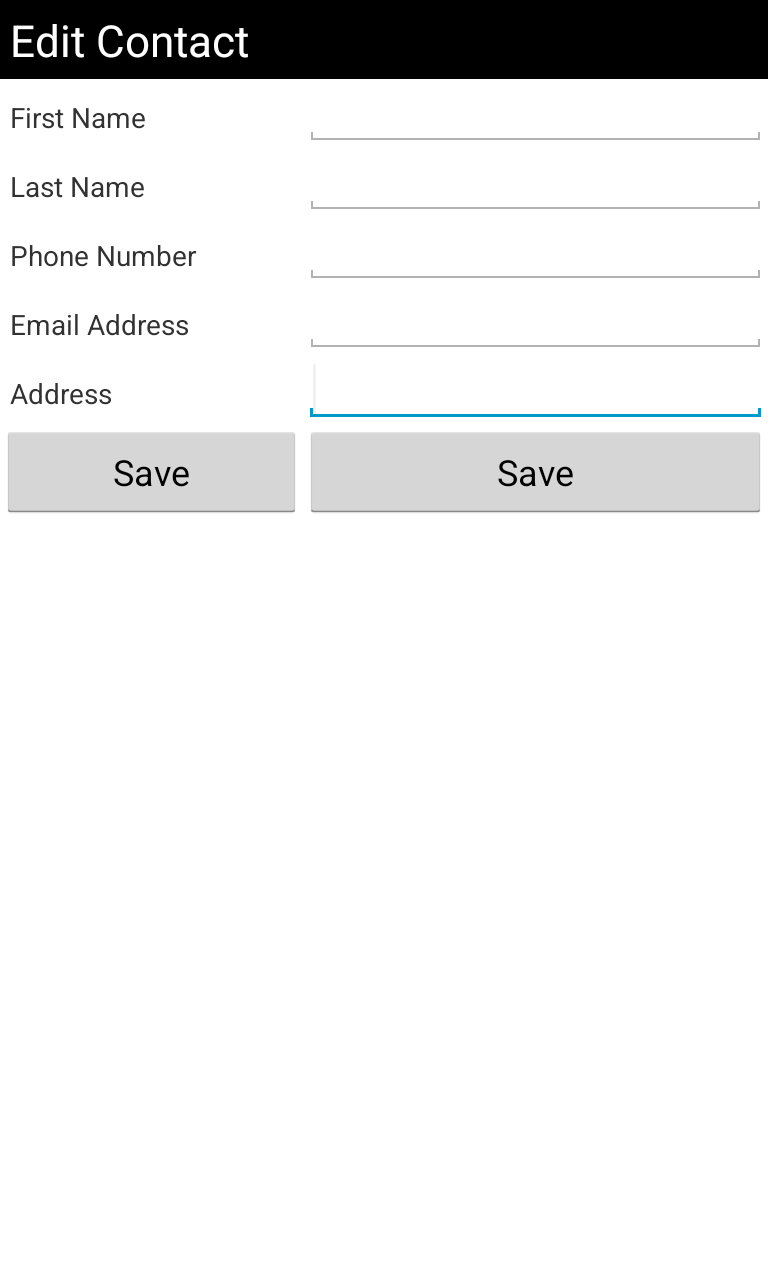
Repository: oscarhe/android-practices
Layout: AddressBookApp/res/layout/edit_contact.xml
The author's editor kept a copy of each file at every save. The layout is drawn from the files as they stood at one save, then again after the next save.
It is drawn on a 768 x 1280 px phone screen (xhdpi) without system bars, with theme AppTheme; the app's code is not run.

Above is the layout before, as saved 2013-07-01 20:51:35.

### AddressBookApp/res/layout/edit_contact.xml
<?xml version="1.0" encoding="utf-8"?>
<TableLayout xmlns:android="http://schemas.android.com/apk/res/android"
    android:layout_width="match_parent"
    android:layout_height="match_parent" >

    <TableRow
        android:id="@+id/tableRow1"
        android:layout_width="match_parent"
        android:layout_height="wrap_content"
        android:background="#000" >

        <TextView
            android:id="@+id/editContactTextView"
            android:layout_width="match_parent"
            android:layout_height="wrap_content"
            android:padding="@dimen/padding_5dp"
            android:text="@string/edit_contact_title"
            android:textAppearance="?android:attr/textAppearanceLarge"
            android:textColor="#FFF" />

    </TableRow>

    <TableRow
        android:id="@+id/tableRow2"
        android:layout_width="match_parent"
        android:layout_height="wrap_content" >

        <TextView
            android:id="@+id/firstNameTextView"
            android:layout_width="wrap_content"
            android:layout_height="wrap_content"
            android:layout_weight="1"
            android:padding="@dimen/padding_5dp"
            android:text="@string/first_name" />

        <EditText
            android:id="@+id/firstNameEditText"
            android:layout_width="wrap_content"
            android:layout_height="wrap_content"
            android:layout_weight="1"
            android:ems="10"
            android:inputType="textPersonName"
            android:padding="@dimen/padding_5dp" >

            <requestFocus />
        </EditText>

    </TableRow>

    <TableRow
        android:id="@+id/tableRow3"
        android:layout_width="match_parent"
        android:layout_height="wrap_content" >

        <TextView
            android:id="@+id/lastNameTextView"
            android:layout_width="wrap_content"
            android:layout_height="wrap_content"
            android:layout_weight="1"
            android:padding="@dimen/padding_5dp"
            android:text="@string/last_name" />

        <EditText
            android:id="@+id/lastNameEditText"
            android:layout_width="wrap_content"
            android:layout_height="wrap_content"
            android:layout_weight="1"
            android:ems="10"
            android:inputType="textPersonName"
            android:padding="@dimen/padding_5dp" >

            <requestFocus />
        </EditText>

    </TableRow>

    <TableRow
        android:id="@+id/tableRow4"
        android:layout_width="match_parent"
        android:layout_height="wrap_content" >

        <TextView
            android:id="@+id/phoneNumberTextView"
            android:layout_width="wrap_content"
            android:layout_height="wrap_content"
            android:layout_weight="1"
            android:padding="@dimen/padding_5dp"
            android:text="@string/phone_number" />

        <EditText
            android:id="@+id/phoneNumberEditText"
            android:layout_width="wrap_content"
            android:layout_height="wrap_content"
            android:layout_weight="1"
            android:ems="10"
            android:inputType="phone"
            android:padding="@dimen/padding_5dp" >

            <requestFocus />
        </EditText>

    </TableRow>

    <TableRow
        android:id="@+id/tableRow5"
        android:layout_width="match_parent"
        android:layout_height="wrap_content" >

        <TextView
            android:id="@+id/emailAddressTextView"
            android:layout_width="wrap_content"
            android:layout_height="wrap_content"
            android:layout_weight="1"
            android:padding="@dimen/padding_5dp"
            android:text="@string/email_address" />

        <EditText
            android:id="@+id/emailAddressEditText"
            android:layout_width="wrap_content"
            android:layout_height="wrap_content"
            android:layout_weight="1"
            android:ems="10"
            android:inputType="textEmailAddress"
            android:padding="@dimen/padding_5dp" >

            <requestFocus />
        </EditText>

    </TableRow>

    <TableRow
        android:id="@+id/tableRow6"
        android:layout_width="match_parent"
        android:layout_height="wrap_content" >

        <TextView
            android:id="@+id/homeAddressTextView"
            android:layout_width="wrap_content"
            android:layout_height="wrap_content"
            android:layout_weight="1"
            android:padding="@dimen/padding_5dp"
            android:text="@string/home_address" />

        <EditText
            android:id="@+id/homeAddressEditText"
            android:layout_width="wrap_content"
            android:layout_height="wrap_content"
            android:layout_weight="1"
            android:ems="10"
            android:inputType="text|textPostalAddress"
            android:padding="@dimen/padding_5dp" >

            <requestFocus />
        </EditText>

    </TableRow>

    <TableRow
        android:id="@+id/tableRow7"
        android:layout_width="match_parent"
        android:layout_height="wrap_content" >

        <Button
            android:id="@+id/editButton"
            android:layout_width="wrap_content"
            android:layout_height="wrap_content"
            android:onClick="editContact"
            android:layout_weight="1"
            android:text="@string/save_data" />

        <Button
            android:id="@+id/deleteButton"
            android:layout_width="wrap_content"
            android:layout_height="wrap_content"
            android:onClick="removeContact"
            android:layout_weight="1"
            android:text="@string/save_data" />

    </TableRow>

</TableLayout>

### AddressBookApp/res/values/dimens.xml
<resources>

    <!-- Default screen margins, per the Android Design guidelines. -->
    <dimen name="activity_horizontal_margin">16dp</dimen>
    <dimen name="activity_vertical_margin">16dp</dimen>
    <dimen name="padding_5dp">5dp</dimen>

</resources>

### AddressBookApp/res/values/strings.xml
<?xml version="1.0" encoding="utf-8"?>
<resources>

    <string name="app_name">Contact List</string>
    <string name="action_settings">Settings</string>

    <string name="add_contact">Add Contact</string>
    <string name="first_name">First Name</string>
    <string name="last_name">Last Name</string>
    <string name="phone_number">Phone Number</string>
    <string name="email_address">Email Address</string>
    <string name="home_address">Address</string>

    <string name="contacts_title">Contacts</string>
    <string name="add_button">ADD</string>
    <string name="save_data">Save</string>
    <string name="edit_contact_title">Edit Contact</string>
    <string name="edit_button">Edit</string>
    <string name="delete_button">Delete</string>

</resources>

Loaded but not shown: AddressBookApp/res/values/styles.xml (common file); AddressBookApp/res/values-v11/styles.xml (common file); AddressBookApp/res/values-v14/styles.xml (common file)

After the next save:
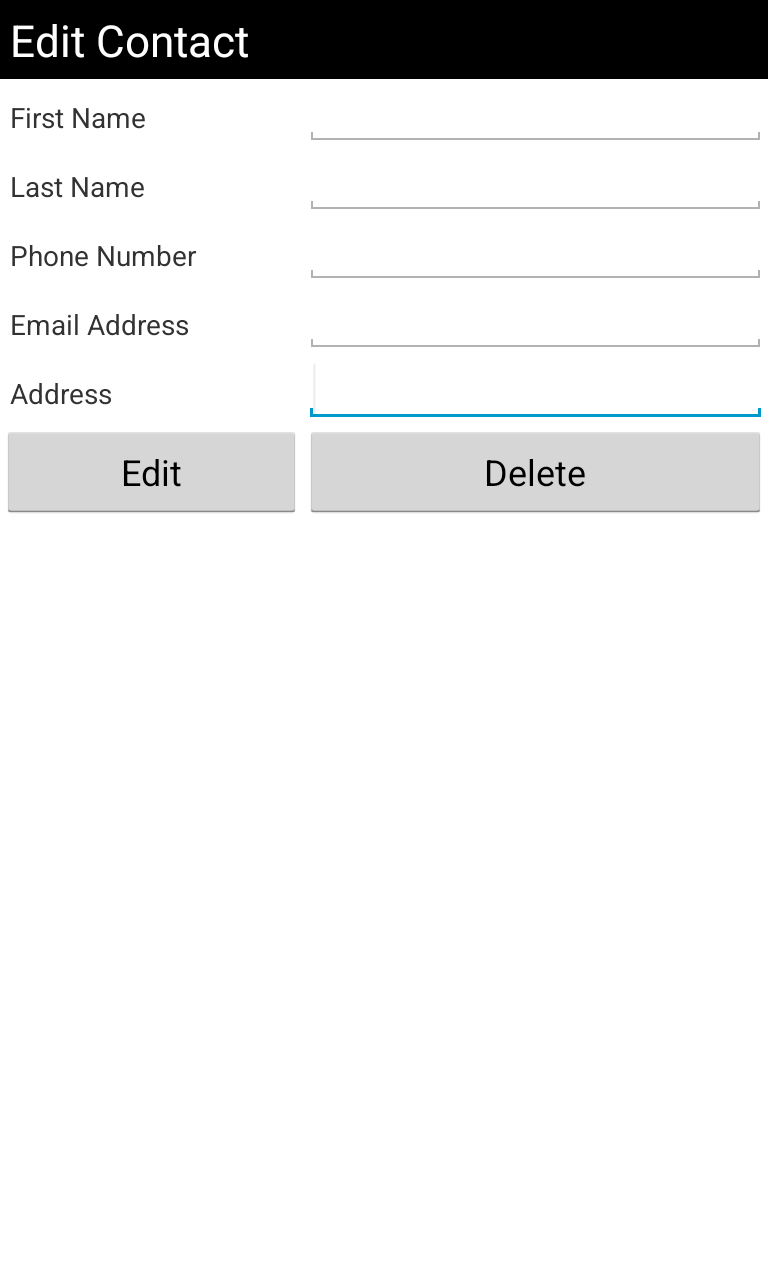
Saved 16 s later.
--- a/AddressBookApp/res/layout/edit_contact.xml
+++ b/AddressBookApp/res/layout/edit_contact.xml
@@ -166,7 +166,7 @@
             android:layout_height="wrap_content"
             android:onClick="editContact"
             android:layout_weight="1"
-            android:text="@string/save_data" />
+            android:text="@string/edit_button" />
 
         <Button
             android:id="@+id/deleteButton"
@@ -174,7 +174,7 @@
             android:layout_height="wrap_content"
             android:onClick="removeContact"
             android:layout_weight="1"
-            android:text="@string/save_data" />
+            android:text="@string/delete_button" />
 
     </TableRow>
 
